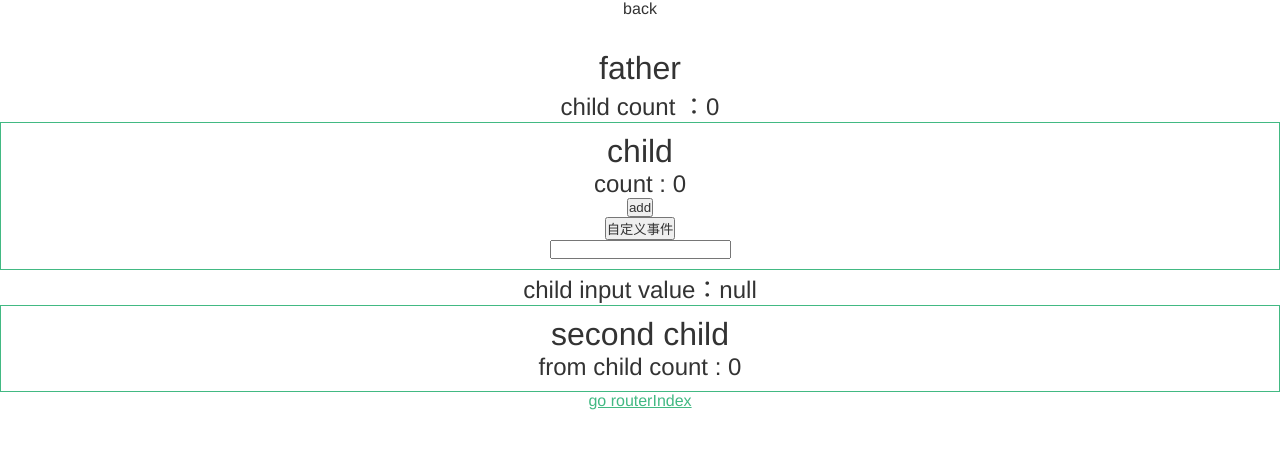
Repository: NotTooTwo/vueRouter
Page: /
The author's editor kept a copy of each file at every save. The page is drawn from the files as they stood at one save, then again after the next save.
The browser window is 1280 px wide. The pictures show the whole page.
The project was rebuilt for these pictures with package versions that can differ from the ones it lists, and the page was loaded fresh each time. Also part of the build but not shown: src/components/routerTest/routerIndex.vue.

Above is the page before, as saved 2018-03-13 15:17:37.

After the next save:
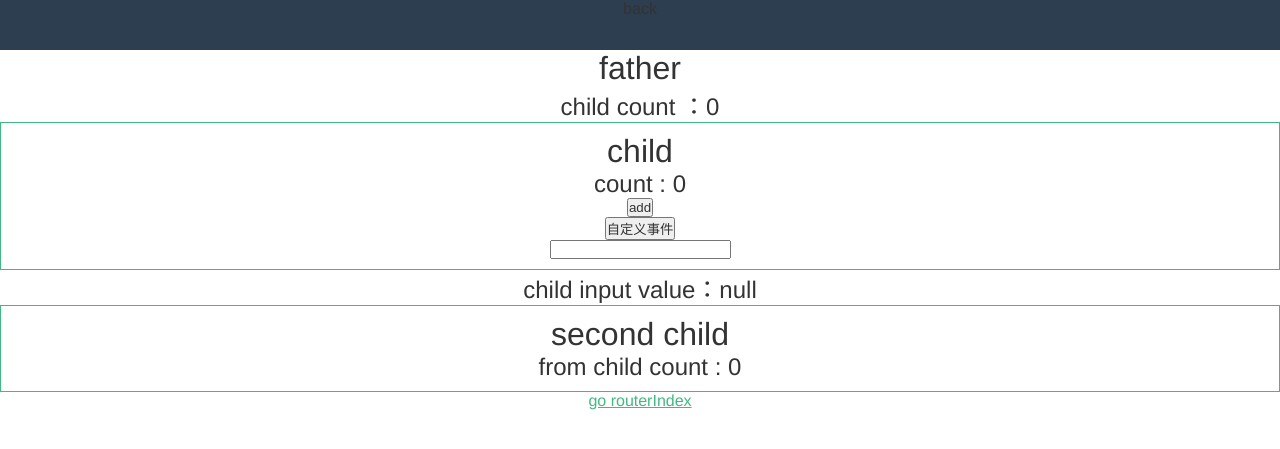
Saved 4 s later.
--- a/src/App.vue
+++ b/src/App.vue
@@ -26,6 +26,6 @@ export default {
 }
 .back{
   height: 50px;
-  background:
+  background: #2c3e50
 }
 </style>
